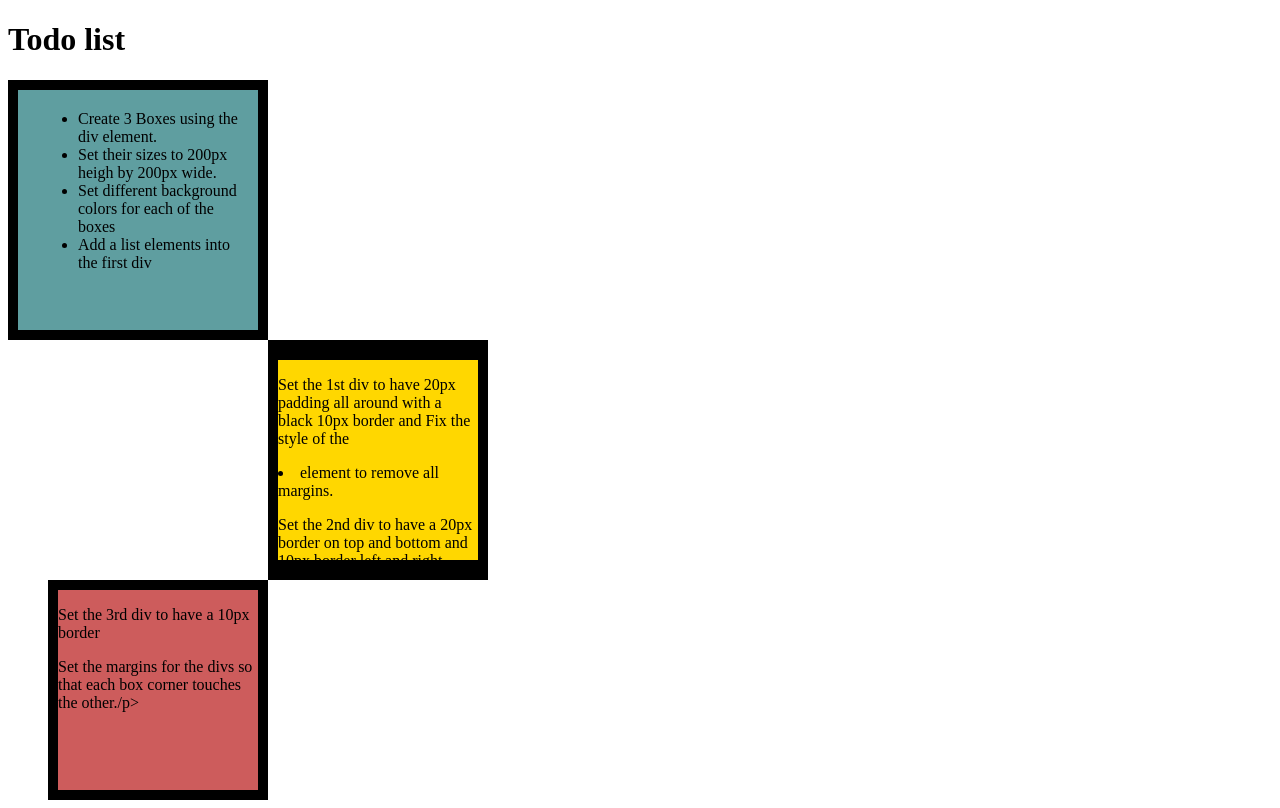
Repository: aniatot/CSS_KT
Page: 6.3 CSS Box Model/index.html
These files come from the project's save history. The page is drawn as it stood at one moment and after the next save; the edit follows.
The browser window is 1280 px wide. The pictures show the whole page.

Above is the page before, as saved 2023-10-18 20:20:42.

After the next save:
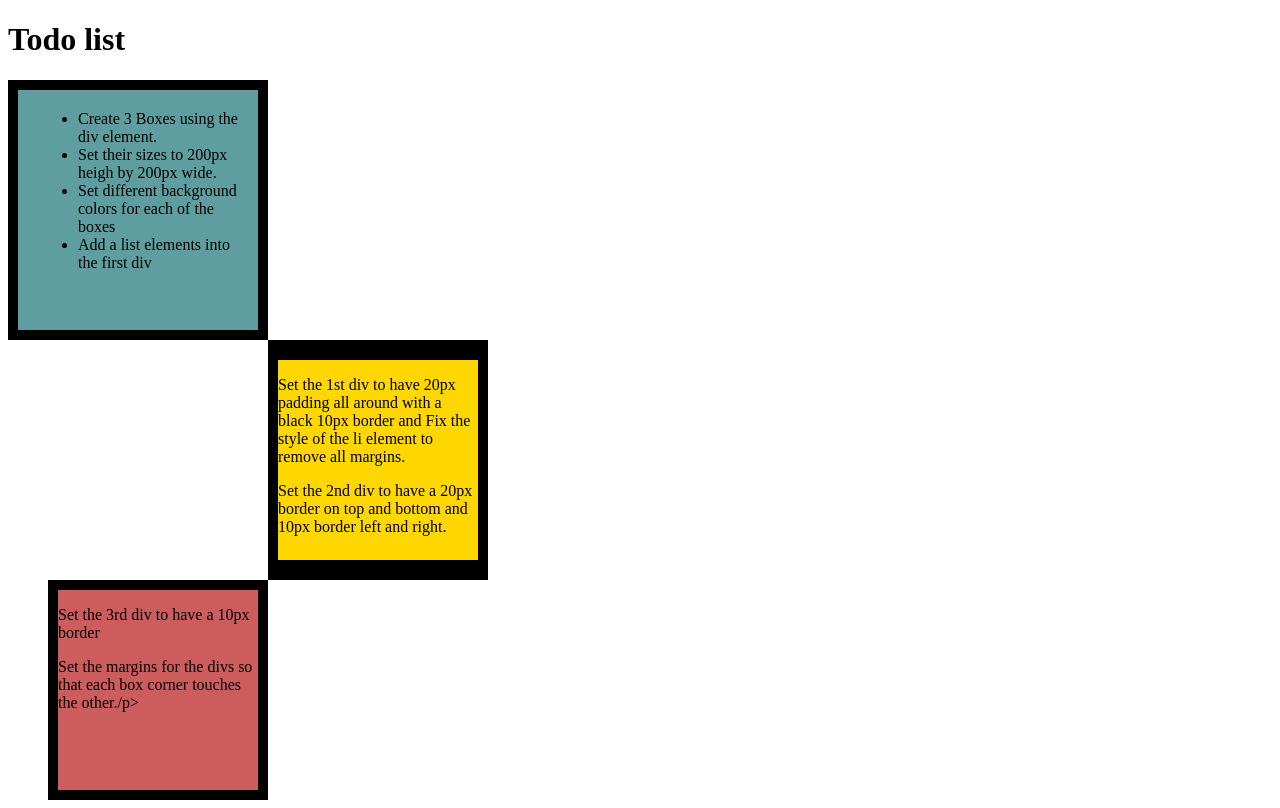
Saved 29 s later.
--- a/6.3 CSS Box Model/index.html
+++ b/6.3 CSS Box Model/index.html
@@ -51,7 +51,7 @@
 
 <div id="second">
   <p>Set the 1st div to have 20px padding all around with a black 10px border and
-  Fix the style of the <li> element to remove all margins.</p>
+  Fix the style of the li element to remove all margins.</p>
   <p>Set the 2nd div to have a 20px border on top and bottom and 10px border left and right.</p>
 </div>
 <div id="third">
